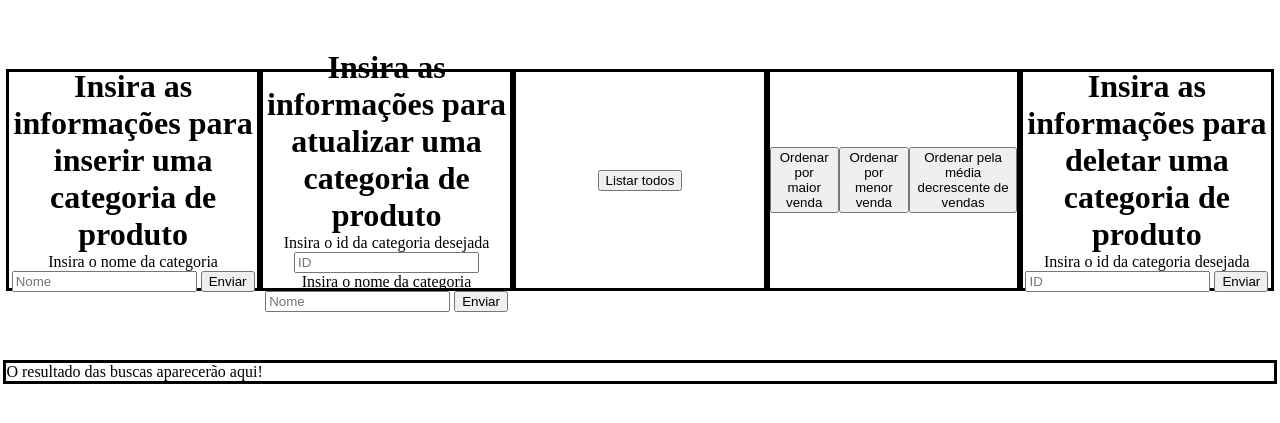
Repository: Matheus-Lacerda009/ERP-Financeiro
Page: Front/categoria_item/categoria_item.html
The author's editor kept a copy of each file at every save. The page is drawn from the files as they stood at one save, then again after a run of saves.
The browser window is 1280 px wide. The pictures show the whole page.

Above is the page before, as saved 2026-07-13 19:40:45.

### Front/categoria_item/categoria_item.html
<!DOCTYPE html>
<html lang="en">
<head>
    <meta charset="UTF-8">
    <meta name="viewport" content="width=device-width, initial-scale=1.0">
    <link rel="stylesheet" href="categoria_item.css">
    <title>Document</title>
</head>
<body>
    <main>
        <div class="container">
            <div id="post" class="dados">
                <form id="formPost">
                    <h1>Insira as informações para inserir uma categoria de produto</h1>
                    <p>Insira o nome da categoria</p>
                    <input placeholder="Nome" id="nomePost">
                    <button type="submit">Enviar</button>
                </form>
            </div>
            <div id="put" class="dados">
                <form id="formPut">
                    <h1>Insira as informações para atualizar uma categoria de produto</h1>
                    <p>Insira o id da categoria desejada</p>
                    <input placeholder="ID" id="idPut">
                    <p>Insira o nome da categoria</p>
                    <input placeholder="Nome" id="nomePut">
                    <button type="submit">Enviar</button>
                </form>
            </div>
            <div id="get" class="dados">
                <button id="getTodos">Listar todos</button>
            </div>
            <div id="getId" class="dados">
                <button id="maiorVenda">Ordenar por maior venda</button>
                <button id="menorVenda">Ordenar por menor venda</button>
                <button id="mediaVenda">Ordenar pela média decrescente de vendas</button>
            </div>
            <div id="delete" class="dados">
                <form  id="formDelete">
                    <h1>Insira as informações para deletar uma categoria de produto</h1>
                    <p>Insira o id da categoria desejada</p>
                    <input placeholder="ID" id="idDelete">
                    <button type="submit">Enviar</button>
                </form>
            </div>
        </div>
        <div id="resultados">
            <p id="resultadoBusca">O resultado das buscas aparecerão aqui!</p>
        </div>
    </main>
</body>
<script src="categoria_item.js"></script>
</html>

### Front/categoria_item/categoria_item.css
* {
    margin: 0;
    align-items: center;
}

.container{
    display: flex;
    height: 50vh;
    width: 99vw;
    justify-content: center;
    margin: auto;
}

.dados{
    width: 70vw;
    height: 30vh;
    border: 3px solid black;
    text-align: center;
    justify-content: center;
    display: flex;
}

#resultados{
    margin-bottom: 100%;
    width: 99%;
    height: 45%;
    border: 3px solid black;
    margin: auto;
}

### Front/categoria_item/categoria_item.js
document.getElementById("formPost").addEventListener("submit", async (event) => {
    event.preventDefault();
    try{
        const obj = {"nome" : document.getElementById("nomePost").value};
        const resposta = await fetch("http://localhost:8085/categoria_item", {
            method : "POST",
            headers : {"Content-Type" : "application/json"},
            body : JSON.stringify(obj)
        });
        const retorno = await resposta.json();
    } catch (error) {
        console.log(error);
    }
});


document.getElementById("getTodos").addEventListener("click", async (event) => {
    event.preventDefault();
    const resultado = document.getElementById("resultadoBusca");
    try{
        const resposta = await fetch("http://localhost:8085/categoria_item", {
            method : "GET"
        });
        const retorno = await resposta.json();
        let res = "";
        for(let i = 0; i < retorno.length; i++){
            res += `<p>> Id: ${retorno[i].id_categoria_item} | Nome: ${retorno[i].nome}<p><br>`;
        }
        resultado.innerHTML = res;
    } catch (error) {
        console.log(error);
    }
});

document.getElementById("maiorVenda").addEventListener("click", async (event) => {
    event.preventDefault();
    const resultado = document.getElementById("resultadoBusca");
    try{
        const resposta = await fetch("http://localhost:8085/categoria_item/maiorVenda", {
            method : "GET"
        });
        const retorno = await resposta.json();
        let res = "";
        let nomes = retorno["NomeCategoria"];
        let vendas = retorno["VendaCategoria"];
        for(let i = 0; i < nomes.length; i++){
            res += `<p>> Nome da categoria: ${nomes[i]} | Valor de venda: ${vendas[i]}<p><br>`;
        }
        resultado.innerHTML = res;
    } catch (error) {
        console.log(error);
    }
});

document.getElementById("menorVenda").addEventListener("click", async (event) => {
    event.preventDefault();
    const resultado = document.getElementById("resultadoBusca");
    try{
        const resposta = await fetch("http://localhost:8085/categoria_item/menorVenda", {
            method : "GET"
        });
        const retorno = await resposta.json();
        let res = "";
        let nomes = retorno["NomeCategoria"];
        let vendas = retorno["VendaCategoria"];
        for(let i = 0; i < nomes.length; i++){
            res += `<p>> Nome da categoria: ${nomes[i]} | Valor de venda: ${vendas[i]}<p><br>`;
        }
        resultado.innerHTML = res;
    } catch (error) {
        console.log(error);
    }
});

document.getElementById("mediaVenda").addEventListener("click", async (event) => {
    event.preventDefault();
    const resultado = document.getElementById("resultadoBusca");
    try{
        const resposta = await fetch("http://localhost:8085/categoria_item/mediaVenda", {
            method : "GET"
        });
        const retorno = await resposta.json();
        let res = "";
        let nomes = retorno["NomeCategoria"];
        let vendas = retorno["VendaCategoria"];
        for(let i = 0; i < nomes.length; i++){
            res += `<p>> Nome da categoria: ${nomes[i]} | Valor médio de venda: ${vendas[i]}<p><br>`;
        }
        resultado.innerHTML = res;
    } catch (error) {
        console.log(error);
    }
});

document.getElementById("formPut").addEventListener("submit", async (event) => {
    event.preventDefault();
    try{
        const id = document.getElementById("idPut").value;
        const obj = {"nome" : document.getElementById("nomePut").value};
        const resposta = await fetch(`http://localhost:8085/categoria_item/${id}`, {
            method : "PUT",
            headers : {"Content-Type" : "application/json"},
            body : JSON.stringify(obj)
        });
        const retorno = await resposta.json();
    } catch (error) {
        console.log(error);
    }
});

document.getElementById("formDelete").addEventListener("submit", async (event) => {
    event.preventDefault();
    try{
        const id = document.getElementById("idDelete").value;
        const resposta = await fetch(`http://localhost:8085/categoria_item/${id}`, {
            method : "DELETE"
        });
    } catch (error) {
        console.log(error);
    }
});

After the next 2 saves:
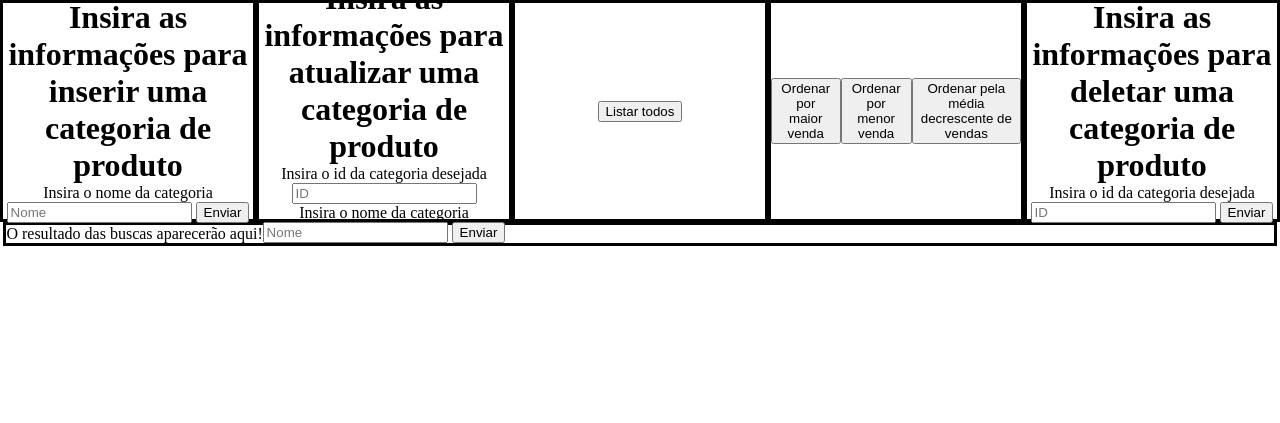
The 2 saves are shown as one change because they came seconds apart.
The last was saved 110 s later.
--- a/Front/categoria_item/categoria_item.css
+++ b/Front/categoria_item/categoria_item.css
@@ -5,8 +5,8 @@
 
 .container{
     display: flex;
-    height: 50vh;
-    width: 99vw;
+    height: 50%;
+    width: 100%;
     justify-content: center;
     margin: auto;
 }
